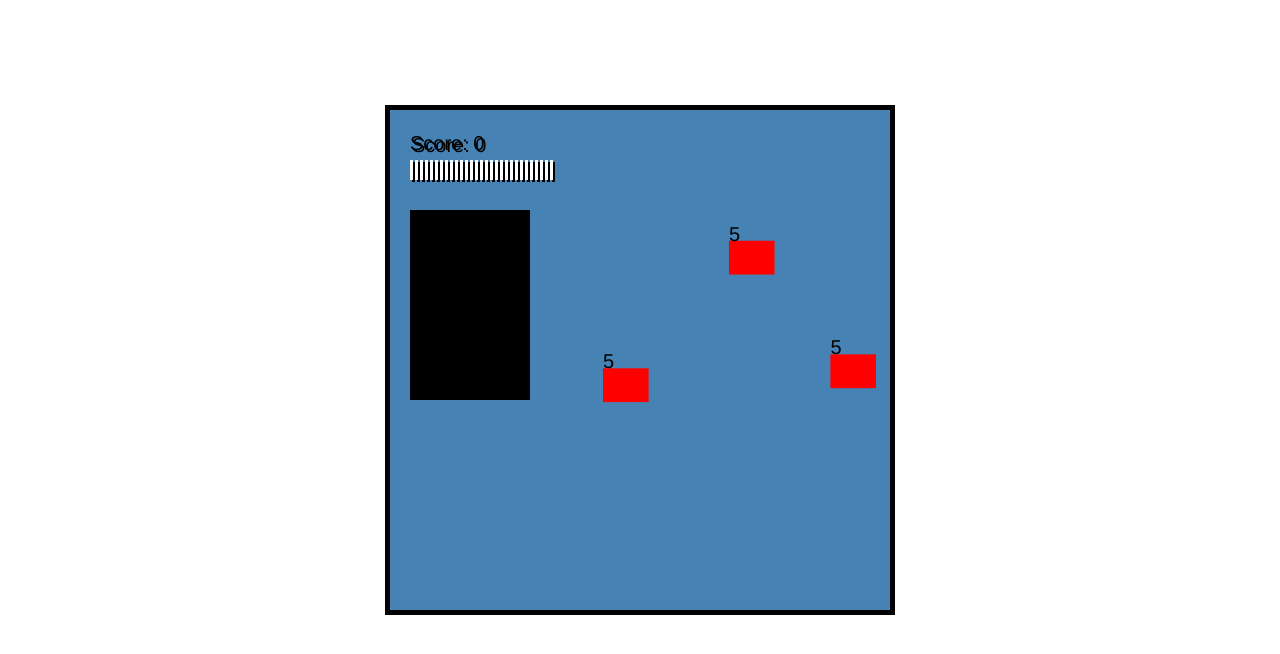
Repository: vasucp1207/seahorse-shooting-game
Page: index.html
An editor plug-in stored every save of this project. The page is shown before and after a run of saves, followed by the edit.
The browser window is 1280 px wide. The pictures show the whole page.

Above is the page before, as saved 2022-08-24 19:23:22.

### index.html
<!DOCTYPE html>
<html lang="en">
<head>
    <meta charset="UTF-8">
    <meta http-equiv="X-UA-Compatible" content="IE=edge">
    <meta name="viewport" content="width=device-width, initial-scale=1.0">
    <title>Document</title>
    <link rel="stylesheet" href="style.css">
</head>
<body>
    <canvas id="canvas"></canvas>

    <script src="script.js"></script>
</body>
</html>

### style.css
* {
    margin: 0;
    padding: 0;
    box-sizing: border-box;
}

#canvas{
    border: 5px solid black;
    position: absolute;
    top: 50%;
    left: 50%;
    transform: translate(-50%, -50%);
    background: steelblue;
    max-width: 100%;
    max-height: 100%;
}

### script.js
window.addEventListener('load', function () {
    const canvas = this.document.getElementById('canvas')
    const ctx = canvas.getContext('2d')
    canvas.width = 500
    canvas.height = 500

    class InputHandler {
        constructor(game) {
            this.game = game
            window.addEventListener('keydown', e => {
                if (((e.key === 'ArrowUp')
                    || (e.key === 'ArrowDown'))
                    && (this.game.keys.indexOf(e.key)) === -1) {
                    this.game.keys.push(e.key)
                } else if(e.key === ' '){
                    this.game.player.shootTop()
                }
            })
            window.addEventListener('keyup', e => {
                if (this.game.keys.indexOf(e.key) > -1) {
                    this.game.keys.splice(this.game.keys.indexOf(e.key), 1)
                }
            })
        }
    }

    class Projectile {
        constructor(game, x, y){
            this.game = game
            this.x = x
            this.y = y
            this.width = 10
            this.height = 10
            this.speed = 10
            this.markedForDeletion = false
        }

        update(){
            this.x += this.speed
            if(this.x > this.game.width * 0.9) this.markedForDeletion = true
        }

        draw(context){
            context.fillStyle = 'yellow'
            context.fillRect(this.x, this.y, this.width, this.height)
        }
    }

    class Player {
        constructor(game) {
            this.game = game
            this.width = 120
            this.height = 190
            this.x = 20
            this.y = 100
            this.speedY = 0
            this.maxSpeed = 2
            this.projectile = []
        }

        update() {
            if(this.game.keys.includes('ArrowUp')) this.speedY = -this.maxSpeed
            else if(this.game.keys.includes('ArrowDown')) this.speedY = this.maxSpeed
            else this.speedY = 0
            this.y += this.speedY

            this.projectile.forEach(projectile => {
                projectile.update()
            })
            this.projectile = this.projectile.filter(projectile => !projectile.markedForDeletion)
        }
        draw(context) {
            context.fillStyle = 'black'
            context.fillRect(this.x, this.y, this.width, this.height)
            this.projectile.forEach(projectile => {
                projectile.draw(context)
            })
        }
        shootTop(){
            if(this.game.amo > 0){
                this.projectile.push(new Projectile(this.game, this.x + 80, this.y + 80))
                this.game.amo--
            }
        }
    }

    class Particle {

    }

    class Enemy {
        constructor(game){
            this.game = game
            this.x = this.game.width
            this.speedX = Math.random() * -1.5 - 0.5
            this.markedForDeletion = false
            this.lives = 5
            this.score = this.lives
        }
        update(){
            this.x += this.speedX
            if(this.x + this.width < 0) this.markedForDeletion = true
        }
        draw(context){
            context.fillStyle = 'red'
            context.fillRect(this.x, this.y, this.width, this.height)
            context.fillStyle = 'black'
            context.font = '20px Helvetica'
            context.fillText(this.lives, this.x, this.y)
        }
    }

    class Angler1 extends Enemy{
        constructor(game){
            super(game)
            this.width = 228 * 0.2
            this.height = 169 * 0.2
            this.y = Math.random() * (this.game.height * 0.9 - this.height)
        }
    }

    class Layer {

    }

    class Background {

    }

    class UI {
        constructor(game){
            this.game = game
            this.fontSize = 25
            this.fontFamily = 'Helvetica'
            this.color = 'white'
        }
        draw(context){
            context.save()
            context.shadowOffsetX = 2
            context.shadowOffsetY = 2
            context.shadowColor = 'black'
            context.font = this.fontSize + 'px' + this.fontFamily
            context.fillText('Score: ' + this.game.score, 20, 40)
            context.fillStyle = this.color

            context.fillStyle = this.color
            for(let i = 0; i < this.game.amo; i++){
                context.fillRect(20 + 5 * i, 50, 3, 20)
            }



            if(this.game.gameOver){
                context.textAlign = 'center'
                let message1
                let message2
                if(this.game.score > this.game.winningScore){
                    message1 = 'You Win'
                    message2 = 'Well done'
                }
                else{
                    message1 = 'You Lose'
                    message2 = 'Try again next time'
                }
                context.font = '50px' + this.fontFamily
                context.fillText(message1, this.game.width * 0.5, this.game.height * 0.5 - 40)
                context.font = '25px' + this.fontFamily
                context.fillText(message2, this.game.width * 0.5, this.game.height * 0.5 + 40)
            }
            context.restore()
        }
    }

    class Game {
        constructor(width, height) {
            this.width = width
            this.height = height
            this.player = new Player(this)
            this.input = new InputHandler(this)
            this.ui = new UI(this)
            this.keys = []
            this.enemies = []
            this.enemyTimer = 0
            this.enemyInterval= 1000
            this.amo = 20
            this.amoTimer = 0
            this.amoInterval = 500
            this.maxAmo = 50
            this.gameOver = false
            this.score = 0
            this.winningScore = 10
            this.gameTime = 0
            this.timeLimit = 5000
        }
        update(deltaTime) {
            if(!this.gameOver) this.gameTime += deltaTime
            if(this.gameTime > this.timeLimit) this.gameOver = true
            this.player.update()
            if(this.amoTimer > this.amoInterval){
                if(this.amo < this.maxAmo) this.amo++
                this.amoTimer = 0
            }
            else{
                this.amoTimer += deltaTime
            }

            this.enemies.forEach(enemy => {
                enemy.update()
                if(this.checkCollision(this.player, enemy)){
                    enemy.markedForDeletion = true
                }

                this.player.projectile.forEach(projectile => {
                    if(this.checkCollision(projectile, enemy)){
                        enemy.lives--
                        projectile.markedForDeletion = true
                        if(enemy.lives <= 0){
                            enemy.markedForDeletion = true
                            this.score += enemy.score
                            if(this.score > this.winningScore) this.gameOver = true
                        }
                    }
                })
            })
            this.enemies = this.enemies.filter(enemy => !enemy.markedForDeletion)
            if(this.enemyTimer > this.enemyInterval && !this.gameOver){
                this.addEnemy()
                this.enemyTimer = 0
            }
            else{
                this.enemyTimer += deltaTime
            }
        }

        draw(context) {
            this.player.draw(context)
            this.ui.draw(context)
            this.enemies.forEach(enemy => {
                enemy.draw(context)
            })
        }

        addEnemy(){
            this.enemies.push(new Angler1(this))
        }

        checkCollision(rect1, rect2){
            return (
                rect1.x < rect2.x + rect2.width &&
                rect1.x + rect1.width > rect2.x &&
                rect1.y < rect2.y + rect2.height &&
                rect1.height + rect1.y > rect2.y
            )
        }
    }

    const game = new Game(canvas.width, canvas.height)
    let lastTime = 0
    function animate(timeStamp) {
        const deltaTime = timeStamp - lastTime
        lastTime = timeStamp
        ctx.clearRect(0, 0, canvas.width, canvas.height)
        game.update(deltaTime)
        game.draw(ctx)
        requestAnimationFrame(animate)
    }
    animate(0)
})

After the next 2 saves:
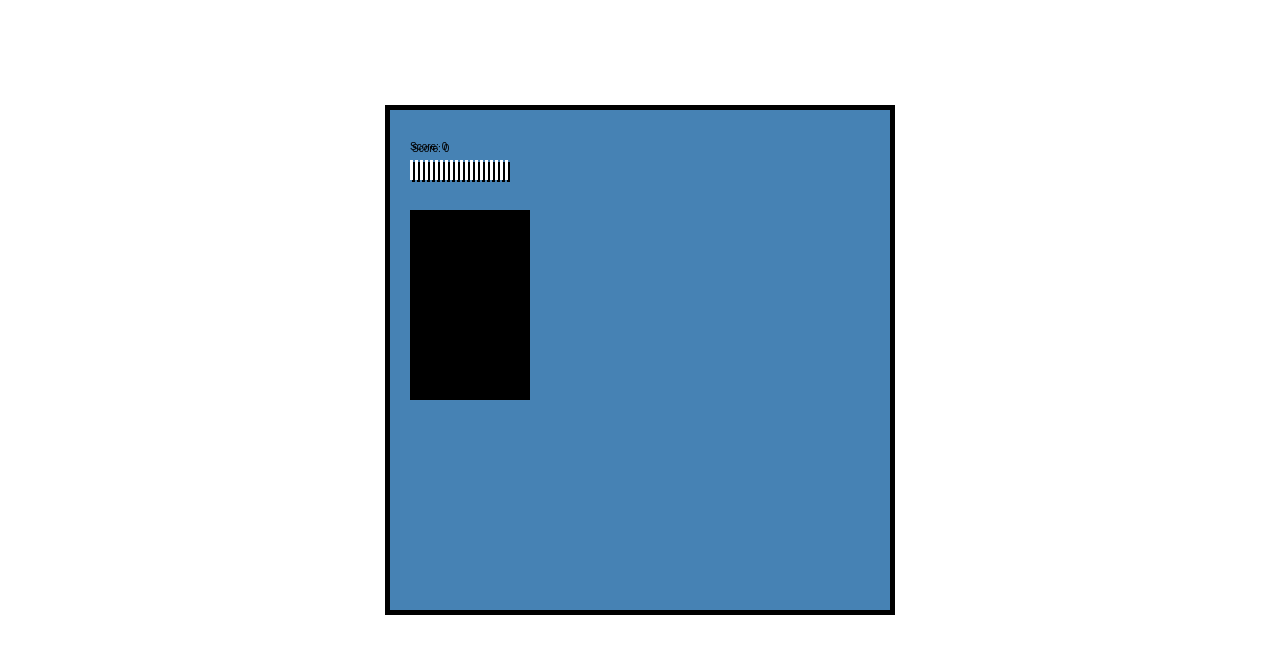
Console error (its wording comes from the project's code and is left out).
The 2 saves are shown as one change because they came seconds apart.
The last was saved 11 s later.
--- a/script.js
+++ b/script.js
@@ -148,7 +148,7 @@
                 context.fillRect(20 + 5 * i, 50, 3, 20)
             }
 
-
+            context.fillText('Timer: ')
 
             if(this.game.gameOver){
                 context.textAlign = 'center'

After the 6 saves that followed:
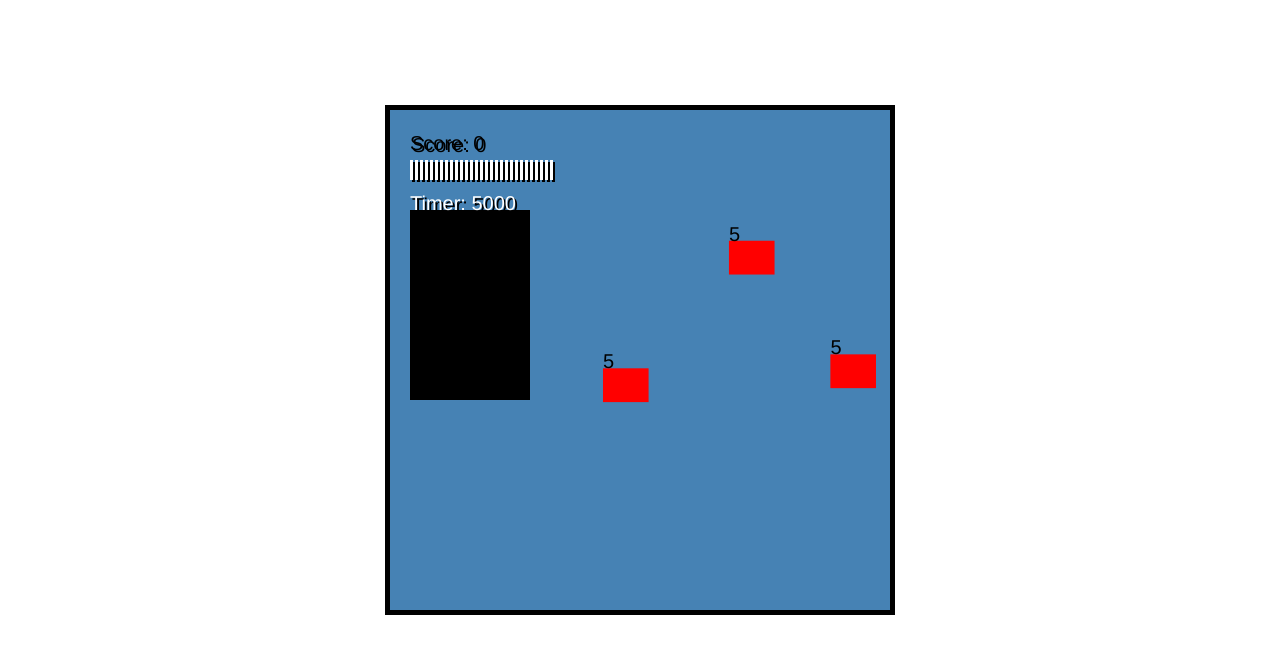
The error is gone.
The 6 saves are shown as one change because 1 left the picture as it was and some came seconds apart.
The last was saved 25 s later.
--- a/script.js
+++ b/script.js
@@ -148,7 +148,7 @@
                 context.fillRect(20 + 5 * i, 50, 3, 20)
             }
 
-            context.fillText('Timer: ')
+            context.fillText('Timer: ' + this.game.gameTime, 20, 100)
 
             if(this.game.gameOver){
                 context.textAlign = 'center'
